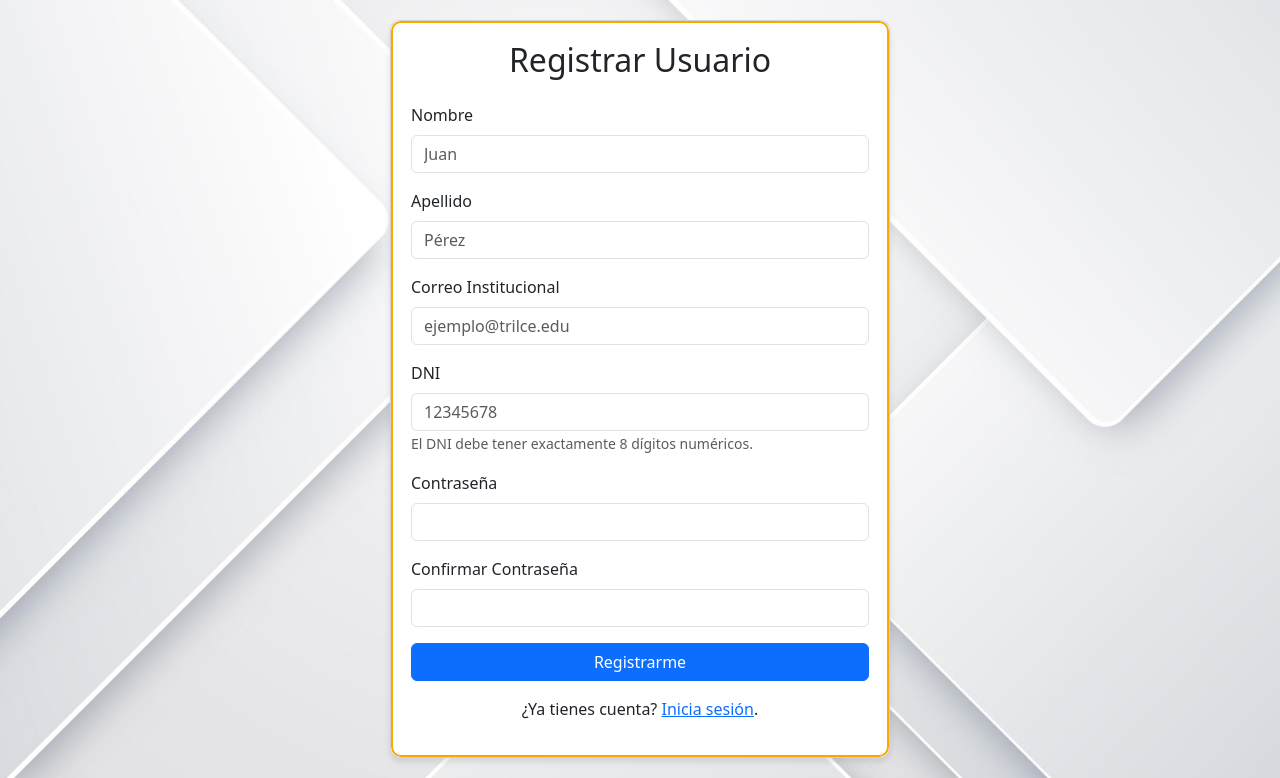
Repository: maycky02/Bibloteca_integrador
Page: http://localhost/registrarme
The author's editor kept a copy of each file at every save. The page is drawn from the files as they stood at one save, then again after the next save.
The browser window is 1280 px wide. The pictures show the whole page.
Backgrounds fixed to the window are drawn as part of the page. The page is this project's Thymeleaf template; nobody is signed in. The template is opened directly, without the code that normally fills it, so the values that code supplies are empty.

Above is the page before, as saved 2024-12-03 22:30:38.

After the next save:
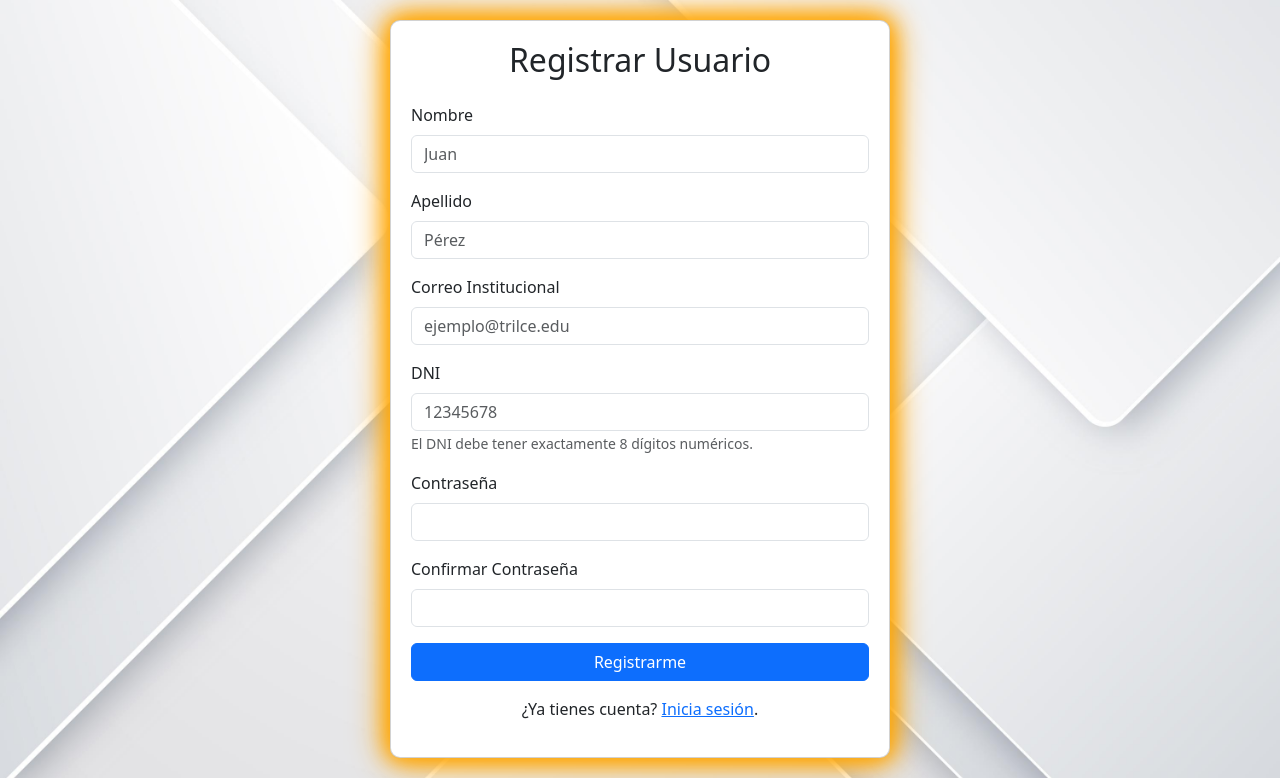
Saved 53 s later.
--- a/Bibloteca/src/main/resources/templates/registrarme.html
+++ b/Bibloteca/src/main/resources/templates/registrarme.html
@@ -15,6 +15,7 @@
             background: url('/img/f_3.jpg') no-repeat center center fixed;
             background-size: cover;
         }
+
         .card {
             position: relative;
             margin: 20px 0;
@@ -24,37 +25,18 @@
             border-radius: 10px;
             background: white;
             overflow: hidden;
-        }
-        .card::before {
-            content: '';
-            position: absolute;
-            top: 0;
-            left: 0;
-            width: 100%;
-            height: 100%;
-            border: 2px solid orange;
-            border-radius: 10px;
-            box-sizing: border-box;
-            animation: border-animation 6s linear infinite; /* Duración aumentada a 6s */
+            animation: glow-effect 1.5s infinite alternate; /* Aplicamos el efecto de brillo */
         }
 
-        @keyframes border-animation {
+        @keyframes glow-effect {
             0% {
-                clip-path: polygon(0% 0%, 0% 0%, 0% 100%, 0% 100%);
-            }
-            25% {
-                clip-path: polygon(0% 0%, 100% 0%, 100% 0%, 0% 0%);
-            }
-            50% {
-                clip-path: polygon(0% 0%, 100% 0%, 100% 100%, 100% 100%);
-            }
-            75% {
-                clip-path: polygon(0% 0%, 100% 0%, 100% 100%, 0% 100%);
+                box-shadow: 0 0 10px rgba(255, 165, 0, 0.5), 0 0 20px rgba(255, 165, 0, 0.5), 0 0 30px rgba(255, 165, 0, 0.5);
             }
             100% {
-                clip-path: polygon(0% 0%, 100% 0%, 100% 100%, 0% 100%);
+                box-shadow: 0 0 20px rgba(255, 165, 0, 1), 0 0 30px rgba(255, 165, 0, 1), 0 0 40px rgba(255, 165, 0, 1);
             }
         }
+
     </style>
 </head>
 <body>
